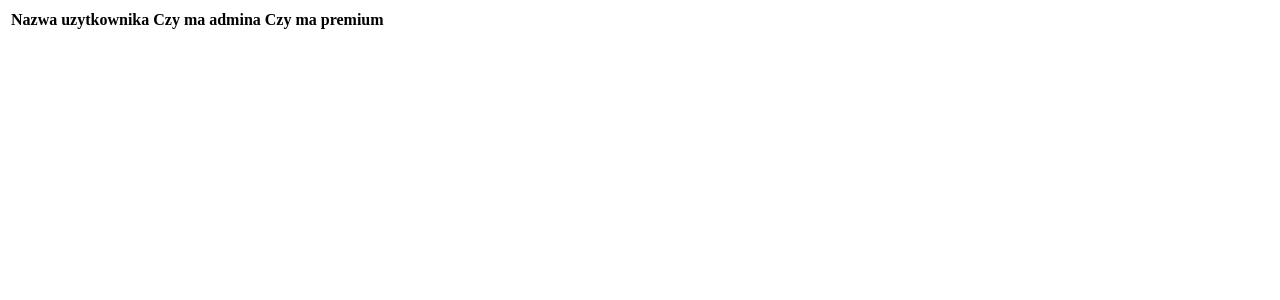
Repository: KonChrza/Zad2JAva1
Page: http://localhost/zad2/userTable.jsp
The author's editor kept a copy of each file at every save. The page is drawn from the files as they stood at one save, then again after the next save.
The browser window is 1280 px wide. The pictures show the whole page.
Some web libraries are served in a nearby version. The page is served by Tomcat 9. Other server files are loaded and not shown.

Above is the page before, as saved 2019-04-13 10:11:34.

### zad2/src/main/webapp/userTable.jsp
<%@ page language="java" contentType="text/html; charset=ISO-8859-1"
    pageEncoding="ISO-8859-1"%>
<!DOCTYPE html>
<html>
<head>
<meta charset="ISO-8859-1">
<title class="xd">XD</title>
</head>
<body>
<table id="userTable">
<tr>
<th>Nazwa uzytkownika</th>
<th>Czy ma admina</th>
<th>Czy ma premium</th>
</tr>
<tr>
</tr>

</table>
</body>
</html>
<script src="https://ajax.googleapis.com/ajax/libs/jquery/2.1.1/jquery.min.js">
var xd = <%out.println((String)session.getAttribute("table"));%>


</script>

After the next save:
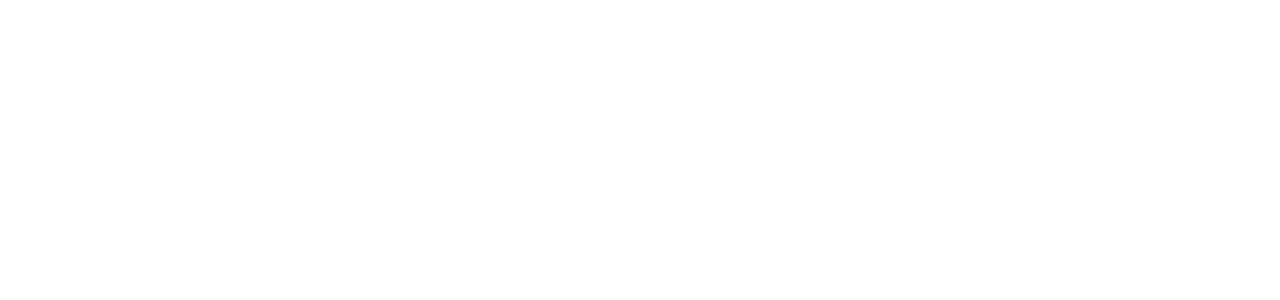
Saved 3 min 11 s later.
--- a/zad2/src/main/webapp/userTable.jsp
+++ b/zad2/src/main/webapp/userTable.jsp
@@ -3,6 +3,7 @@
 <!DOCTYPE html>
 <html>
 <head>
+<script src="https://ajax.googleapis.com/ajax/libs/jquery/2.1.1/jquery.min.js"/>
 <meta charset="ISO-8859-1">
 <title class="xd">XD</title>
 </head>
@@ -19,8 +20,6 @@
 </table>
 </body>
 </html>
-<script src="https://ajax.googleapis.com/ajax/libs/jquery/2.1.1/jquery.min.js">
+<script>
 var xd = <%out.println((String)session.getAttribute("table"));%>
-
-
 </script>

After the 2 saves that followed:
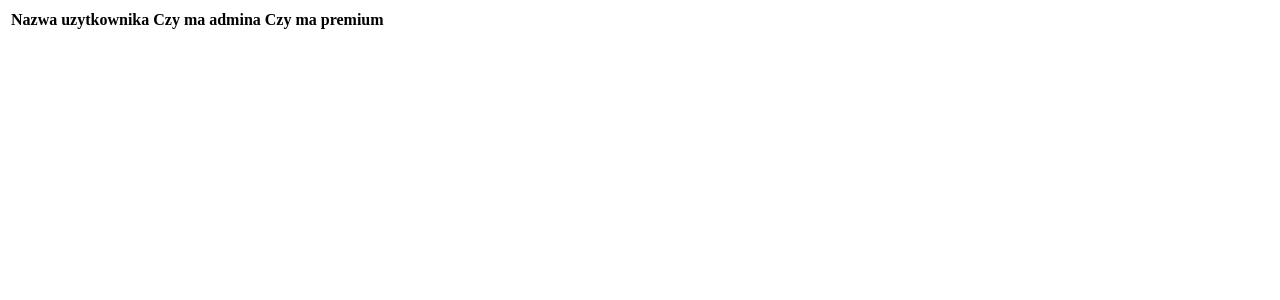
The 2 saves are shown as one change because 1 left the picture as it was.
The last was saved 117 s later.
--- a/zad2/src/main/webapp/userTable.jsp
+++ b/zad2/src/main/webapp/userTable.jsp
@@ -3,7 +3,7 @@
 <!DOCTYPE html>
 <html>
 <head>
-<script src="https://ajax.googleapis.com/ajax/libs/jquery/2.1.1/jquery.min.js"/>
+
 <meta charset="ISO-8859-1">
 <title class="xd">XD</title>
 </head>
@@ -18,8 +18,8 @@
 </tr>
 
 </table>
-</body>
-</html>
 <script>
 var xd = <%out.println((String)session.getAttribute("table"));%>
 </script>
+</body>
+</html>
